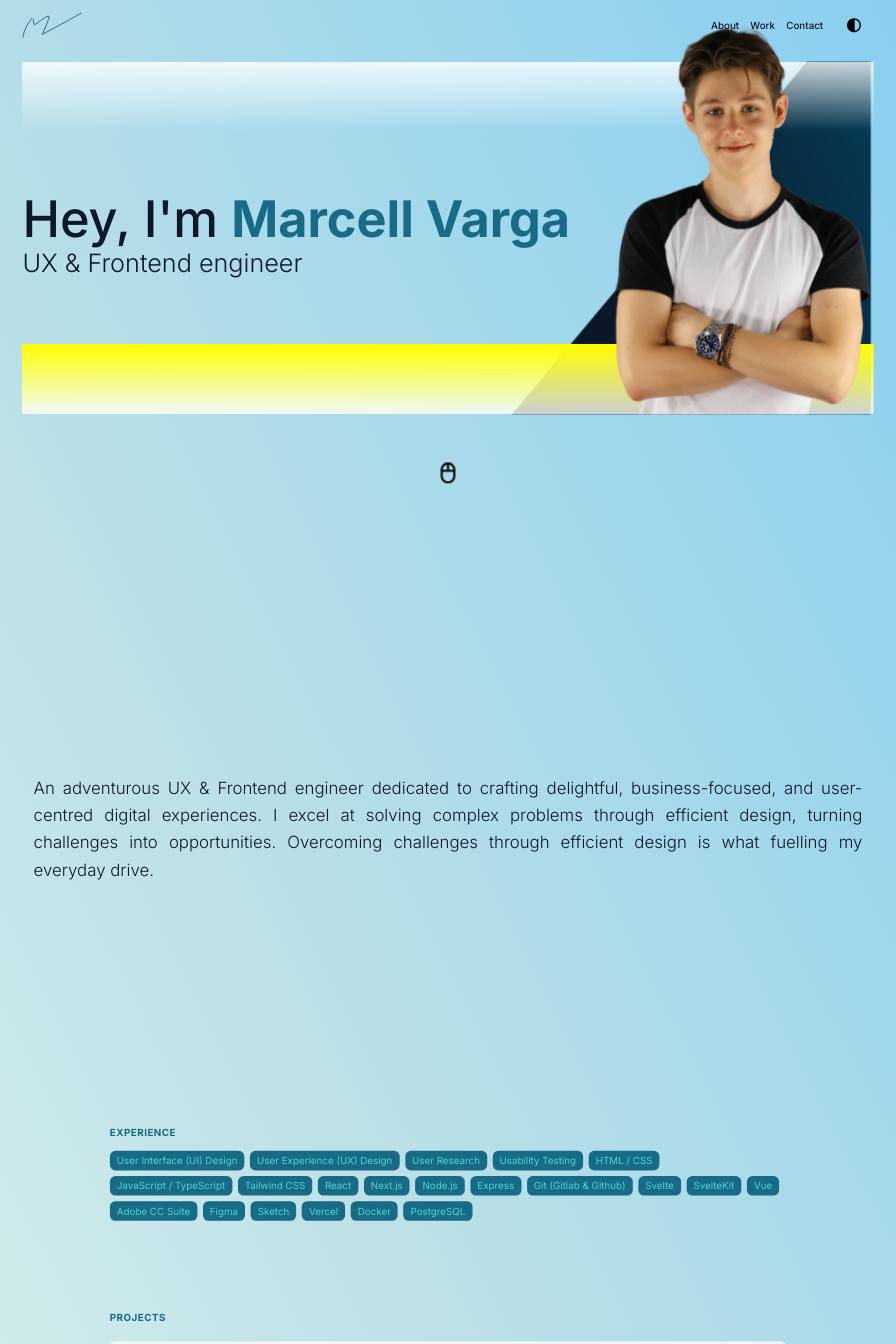
Repository: TheMarcellVarga/personal-portfolio-v.2
Page: /
The author's editor kept a copy of each file at every save. The page is drawn from the files as they stood at one save, then again after the next save.
The browser window is 1280 px wide. The pictures show the part of the page from y = 0 to 1920 px (the page is 4294 px tall), at 70% of full size.
The project was rebuilt for these pictures with package versions that can differ from the ones it lists, and the page was loaded fresh each time. The framework's server and built-in components were replaced by stand-ins that run in the browser. Also part of the build but not shown: next.config.mjs.

Above is the page before, as saved 2024-07-19 00:21:18.

### app/layout.tsx
import type { Metadata } from "next";
import { Inter } from "next/font/google";
import "./globals.css";

const inter = Inter({ subsets: ["latin"] });

export const metadata: Metadata = {
  title: {
    template: "%s | Marcell Varga",
    default: "Marcell Varga",
  },
  description: "Marcell Varga Portfolio | UX & Frontend Engineer",
};
export default function RootLayout({
  children,
}: Readonly<{
  children: React.ReactNode;
}>) {
  return (
    <html lang="en">
      <body className={inter.className}>{children}</body>
    </html>
  );
}

### app/globals.css
@tailwind base;
@tailwind components;
@tailwind utilities;

/* :root {
  --foreground-rgb: 0, 0, 0;
  --background-start-rgb: 214, 219, 220;
  --background-end-rgb: 255, 255, 255;
}

@media (prefers-color-scheme: dark) {
  :root {
    --foreground-rgb: 255, 255, 255;
    --background-start-rgb: 0, 0, 0;
    --background-end-rgb: 0, 0, 0;
  }
}

body {
  color: rgb(var(--foreground-rgb));
  background: linear-gradient(
      to bottom,
      transparent,
      rgb(var(--background-end-rgb))
    )
    rgb(var(--background-start-rgb));
}

@layer utilities {
  .text-balance {
    text-wrap: balance;
  }
} */

/* Light mode */
body {
  background-color: white;
  color: black;
}

/* Dark mode */
.dark body {
  background-color: black;
  color: white;
}

/* globals.css */
.svg-pink {
  fill: pink;
}

/* In your CSS file */
.light .dark-mode-icon {
  fill: #ffffff
}

.dark .dark-mode-icon {
  fill: #ffffff; /* Dark mode color */
}

@-webkit-keyframes animate-svg-stroke-1 {
  0% {
    stroke-dashoffset: 210.06117248535156px;
    stroke-dasharray: 210.06117248535156px;
  }

  100% {
    stroke-dashoffset: 420.1223449707031px;
    stroke-dasharray: 210.06117248535156px;
  }
}

@keyframes animate-svg-stroke-1 {
  0% {
    stroke-dashoffset: 210.06117248535156px;
    stroke-dasharray: 210.06117248535156px;
  }

  100% {
    stroke-dashoffset: 420.1223449707031px;
    stroke-dasharray: 210.06117248535156px;
  }
}

.svg-elem-1 {
  -webkit-animation: animate-svg-stroke-1 1s ease-in-out 1s both;
  animation: animate-svg-stroke-1 1s ease-in-out 1s both;
}

@-webkit-keyframes animate-svg-stroke-2 {
  0% {
    stroke-dashoffset: 798.271240234375px;
    stroke-dasharray: 798.271240234375px;
  }

  100% {
    stroke-dashoffset: 1596.54248046875px;
    stroke-dasharray: 798.271240234375px;
  }
}

@keyframes animate-svg-stroke-2 {
  0% {
    stroke-dashoffset: 798.271240234375px;
    stroke-dasharray: 798.271240234375px;
  }

  100% {
    stroke-dashoffset: 1596.54248046875px;
    stroke-dasharray: 798.271240234375px;
  }
}

.svg-elem-2 {
  -webkit-animation: animate-svg-stroke-2 1s ease-in-out 1.12s both;
  animation: animate-svg-stroke-2 1s ease-in-out 1.12s both;
}

@-webkit-keyframes animate-svg-stroke-3 {
  0% {
    stroke-dashoffset: 2px;
    stroke-dasharray: 2px;
  }

  100% {
    stroke-dashoffset: 4px;
    stroke-dasharray: 2px;
  }
}

@keyframes animate-svg-stroke-3 {
  0% {
    stroke-dashoffset: 2px;
    stroke-dasharray: 2px;
  }

  100% {
    stroke-dashoffset: 4px;
    stroke-dasharray: 2px;
  }
}

.svg-elem-3 {
  -webkit-animation: animate-svg-stroke-3 1s ease-in-out 1.24s both;
  animation: animate-svg-stroke-3 1s ease-in-out 1.24s both;
}

/* CSS for the overlay */
.nav-overlay {
  position: fixed;
  top: 0;
  right: 0;
  width: 80%; /* Adjust the width as needed */
  height: 100%;
  background-color: rgba(23, 107, 135, 1); /* Semi-transparent background */
  transform: translateX(100%); /* Hidden off-screen to the right */
  transition: transform 0.3s ease-out; /* Smooth transition */
  display: flex;
  flex-direction: column;
  justify-content: space-between; /* Pushes the button to the bottom */
  align-items: center;
  padding: 2rem;
  z-index: 2;
 }

 .nav-overlay.open {
  transform: translateX(0); /* Slide in from the right */
 }

/* Hamburger menu with increased z-index when open */
.md\:hidden {
  cursor: pointer;
  z-index: 2; /* Default z-index */
}

.md\:hidden.open {
  z-index: 5; /* Increased z-index when open */
}

/* Hamburger menu lines */
.md\:hidden > div {
  transition: all 0.3s ease;
}

/* Top line of the hamburger menu */
.md\:hidden > div:nth-child(1) {
  transform-origin: center;
}

/* Middle line of the hamburger menu */
.md\:hidden > div:nth-child(2) {
  transform-origin: center;
}

/* Bottom line of the hamburger menu */
.md\:hidden > div:nth-child(3) {
  transform-origin: center;
}

/* Animation for the hamburger menu to become a cross */
.md\:hidden.open > div:nth-child(1) {
  transform: translateY(6px) rotate(45deg);
}

.md\:hidden.open > div:nth-child(2) {
  opacity: 0;
  transition: none !important; /* Ensures no transition */
}

.md\:hidden.open > div:nth-child(3) {
  transform: translateY(-6px) rotate(-45deg);
}

/* Hamburger menu with increased z-index when open */
.md\:hidden {
  cursor: pointer;
  z-index: 2; /* Default z-index */
}

.md\:hidden.open {
  z-index: 5; /* Increased z-index when open */
}

/* CSS for the close button */
.close-btn {
  position: absolute;
  top: 1rem;
  right: 1rem;
  background: none;
  border: none;
  font-size: 1.5rem;
  color: #fff;
  cursor: pointer;
}

/* globals.css */
.sticky-header {
  position: sticky;
  top: 0;
  z-index: 1000; /* Ensure the header stays on top of other content */
  overflow: visible;
}

.pink-svg {
  filter: hue-rotate(300deg); /* Adjust the degree value as needed */
}

@keyframes moveDown {
  0% {
    transform: translateY(0);
  }
  100% {
    transform: translateY(15px); /* Adjust the value as needed */
  }
}

.animate-moveDown {
  animation: moveDown 2s infinite alternate ease-in-out; /* Adjust the duration as needed */
}

.globe-container {
  display: flex;
  justify-content: center;
  align-items: center;
  width: 100%;
  height: 500px; /* Adjust based on your desired height */
}

.triangle-bg-svg {
  position: absolute;
  top: 0; /* Keeps it at the top */
  left: auto;
  right: 0;
  width: 55%; /* Adjust based on your needs */
  height: 100%; /* Adjust based on your needs */
  z-index: 1;
}



.dark-mode .triangle-bg-svg path:first-child {
  fill: #001822;
}

.light-mode .triangle-bg-svg path:first-child {
  fill: #F8F8F8;
}

.main-container::before,
.main-container::after {
  content: '';
  position: absolute;
  width: 100%;
  height: 100px; /* Adjust based on your design */
  z-index: 10; /* Ensure it's above other content but below the profile image */
}

.main-container::before {
  top: 0;
  background-image: linear-gradient(to bottom, rgba(255, 255, 255, 0.8), rgba(255, 255, 255, 0)); /* Fades to transparent */
}

.main-container::after {
  bottom: 0;
  background-image: linear-gradient(to top, rgba(255, 255, 255, 0.8), rgba(255, 255, 0)); /* Fades to transparent */
}

### public/icons/openResume.tsx
import React from "react";

interface IconProps {
  isDarkMode: boolean;
  isHover: boolean;
}

const DarkModeIcon: React.FC<IconProps> = ({ isDarkMode, isHover }) => {
  return (
    <svg
      xmlns="http://www.w3.org/2000/svg"
      width="14"
      height="14"
      viewBox="0 0 512 512"
    >
      <path
        fill={
          isHover && isDarkMode
            ? "#4FD5CC"
            : isHover
            ? "#176B87"
            : isDarkMode
            ? "white"
            : "black"
        }
        d="M320 0c-17.7 0-32 14.3-32 32s14.3 32 32 32h82.7L201.4 265.4c-12.5 12.5-12.5 32.8 0 45.3s32.8 12.5 45.3 0L448 109.3V192c0 17.7 14.3 32 32 32s32-14.3 32-32V32c0-17.7-14.3-32-32-32H320zM80 32C35.8 32 0 67.8 0 112V432c0 44.2 35.8 80 80 80H400c44.2 0 80-35.8 80-80V320c0-17.7-14.3-32-32-32s-32 14.3-32 32V432c0 8.8-7.2 16-16 16H80c-8.8 0-16-7.2-16-16V112c0-8.8 7.2-16 16-16H192c17.7 0 32-14.3 32-32s-14.3-32-32-32H80z"
      />
    </svg>
  );
};

export default DarkModeIcon;

### public/icons/mouseScroll.tsx
import React from "react";

interface IconProps {
  isDarkMode: boolean;
  isOpen: boolean;
}

const MouseScrollIcon: React.FC<IconProps> = ({ isDarkMode, isOpen }) => {
  return (
    <svg
      className="animate-moveDown"
      width="36"
      height="36"
      viewBox="0 0 36 36"
      fill="none"
      xmlns="http://www.w3.org/2000/svg"
    >
      <path
        d="M18 32.9999C15.1 32.9999 12.625 31.9749 10.575 29.9249C8.525 27.8749 7.5 25.3999 7.5 22.4999V13.4999C7.5 10.5999 8.525 8.12494 10.575 6.07494C12.625 4.02494 15.1 2.99994 18 2.99994C20.9 2.99994 23.375 4.02494 25.425 6.07494C27.475 8.12494 28.5 10.5999 28.5 13.4999V22.4999C28.5 25.3999 27.475 27.8749 25.425 29.9249C23.375 31.9749 20.9 32.9999 18 32.9999ZM19.5 13.4999H25.5C25.5 11.6999 24.9313 10.1124 23.7938 8.73744C22.6563 7.36244 21.225 6.49994 19.5 6.14994V13.4999ZM10.5 13.4999H16.5V6.14994C14.775 6.49994 13.3438 7.36244 12.2063 8.73744C11.0688 10.1124 10.5 11.6999 10.5 13.4999ZM18 29.9999C20.075 29.9999 21.8438 29.2687 23.3063 27.8062C24.7688 26.3437 25.5 24.5749 25.5 22.4999V16.4999H10.5V22.4999C10.5 24.5749 11.2313 26.3437 12.6938 27.8062C14.1563 29.2687 15.925 29.9999 18 29.9999Z"
        fill={isOpen ? "white" : isDarkMode ? "white" : "black"}
      />
    </svg>
  );
};

export default MouseScrollIcon;

### app/useWindowSize.tsx
import { useState, useEffect } from "react";

const useWindowSize = () => {
  const [windowSize, setWindowSize] = useState({
    width: undefined as number | undefined,
    height: undefined as number | undefined,
  });

  useEffect(() => {
    // Check if window object is available
    if (typeof window!== "undefined") {
      const handleResize = () => {
        setWindowSize({
          width: window.innerWidth * 0.6,
          height: window.innerHeight * 0.6,
        });
      };

      window.addEventListener("resize", handleResize);
      handleResize();

      return () => window.removeEventListener("resize", handleResize);
    }
  }, []);

  return windowSize;
};

export default useWindowSize;

### app/footer.tsx
"use client";

import GitHubIcon from "@/public/icons/github";
import LinkedInIcon from "@/public/icons/linkedin";
import Link from "next/link";

interface FooterProps {
  isDarkMode: boolean;
  setIsDarkMode: (isDarkMode: boolean) => void;
  isOpen: boolean;
  setIsOpen: (isOpen: boolean) => void;
}

const Footer: React.FC<FooterProps> = ({ isDarkMode, isOpen }) => {
  return (
    <div className="flex w-full flex-row justify-between items-center px-4">
      <div className="flex w-full opacity-50 text-sm">© 2024 Marcell Varga</div>
      <div className="flex space-x-4">
        <Link href="https://www.linkedin.com/in/marcellvarga/">
          {/* <Image
            src="/icons/linkedin.svg"
            alt="Linkedin Icon"
            width={24}
            height={24}
          /> */}
          <LinkedInIcon isDarkMode={isDarkMode} isOpen={isOpen} />
        </Link>
        <Link href="https://github.com/TheMarcellVarga">
          {/* <Image
            src="/icons/github.svg"
            alt="GitHub Icon"
            width={24}
            height={24}
          /> */}
          <GitHubIcon isDarkMode={isDarkMode} isOpen={isOpen} />
        </Link>
      </div>
    </div>
  );
};

export default Footer;

### public/icons/darkMode.tsx
import React from "react";

interface IconProps {
  isDarkMode: boolean;
  isOpen: boolean;
}

const DarkModeIcon: React.FC<IconProps> = ({ isDarkMode, isOpen }) => {
  return (
    <svg
      xmlns="http://www.w3.org/2000/svg"
      height="24px"
      viewBox="0 -960 960 960"
      width="24px"
      fill="none"
    >
      <path
        fill={isOpen ? "white" : isDarkMode ? "white" : "black"}
        d="M480-80q-83 0-156-31.5T197-197q-54-54-85.5-127T80-480q0-83 31.5-156T197-763q54-54 127-85.5T480-880q83 0 156 31.5T763-763q54 54 85.5 127T880-480q0 83-31.5 156T763-197q-54 54-127 85.5T480-80Zm40-83q119-15 199.5-104.5T800-480q0-123-80.5-212.5T520-797v634Z"
      />
    </svg>
  );
};

export default DarkModeIcon;

### public/icons/indexSigAnimated.tsx
import React from "react";

interface IconProps {
  isDarkMode: boolean;
  isOpen: boolean;
}

const IndexSigAnimatedIcon: React.FC<IconProps> = ({ isDarkMode, isOpen }) => {
  return (
    <svg
      className="svg-elem-1"
      width="85"
      height="37"
      viewBox="0 0 85 37"
      fill="none"
      xmlns="http://www.w3.org/2000/svg"
    >
      <g clipPath="url(#clip0_18_152)">
        <path
          stroke={isOpen ? "#053B50" : isDarkMode ? "white" : "#053B50"}
          strokeLinecap="round"
          strokeLinejoin="round"
          d="M0.396973 36.3291C0.396973 36.3291 1.80464 21.811 13.6633 7.89246"
        />
        <path
          stroke={isOpen ? "#053B50" : isDarkMode ? "white" : "#053B50"}
          strokeLinecap="round"
          strokeLinejoin="round"
          d="M84.6029 0.378418C83.4907 1.72562 28.5188 31.0478 28.5188 31.0478C34.2765 18.2493 39.5275 5.38881 37.4414 4.87415C37.3274 4.8523 37.2096 4.85749 37.0982 4.88928C31.574 6.017 19.8186 16.4677 17.715 17.2805C17.665 17.3015 17.6107 17.3113 17.5561 17.3093C16.4821 17.2881 15.8514 13.5856 15.4907 9.68776"
        />
      </g>
      <defs>
        <clipPath id="clip0_18_152">
          <rect width="85" height="36.7076" fill="white" />
        </clipPath>
      </defs>
    </svg>
  );
};

export default IndexSigAnimatedIcon;

### public/icons/github.tsx
import React from "react";

interface IconProps {
  isDarkMode: boolean;
  isOpen: boolean;
}

const GitHubIcon: React.FC<IconProps> = ({ isDarkMode, isOpen }) => {
  return (
    <svg
      width="24"
      height="24"
      viewBox="0 0 24 24"
      fill="none"
      xmlns="http://www.w3.org/2000/svg"
    >
      <g clip-path="url(#clip0_21_650)">
        <path
          d="M8.52656 18.6281C8.52656 18.7219 8.41875 18.7969 8.28281 18.7969C8.12812 18.8109 8.02031 18.7359 8.02031 18.6281C8.02031 18.5344 8.12813 18.4594 8.26406 18.4594C8.40469 18.4453 8.52656 18.5203 8.52656 18.6281ZM7.06875 18.4172C7.03594 18.5109 7.12969 18.6187 7.27031 18.6469C7.39219 18.6937 7.53281 18.6469 7.56094 18.5531C7.58906 18.4594 7.5 18.3516 7.35938 18.3094C7.2375 18.2766 7.10156 18.3234 7.06875 18.4172ZM9.14062 18.3375C9.00469 18.3703 8.91094 18.4594 8.925 18.5672C8.93906 18.6609 9.06094 18.7219 9.20156 18.6891C9.3375 18.6562 9.43125 18.5672 9.41719 18.4734C9.40312 18.3844 9.27656 18.3234 9.14062 18.3375ZM12.225 0.375C5.72344 0.375 0.75 5.31094 0.75 11.8125C0.75 17.0109 4.02188 21.4594 8.69531 23.025C9.29531 23.1328 9.50625 22.7625 9.50625 22.4578C9.50625 22.1672 9.49219 20.5641 9.49219 19.5797C9.49219 19.5797 6.21094 20.2828 5.52188 18.1828C5.52188 18.1828 4.9875 16.8187 4.21875 16.4672C4.21875 16.4672 3.14531 15.7312 4.29375 15.7453C4.29375 15.7453 5.46094 15.8391 6.10312 16.9547C7.12969 18.7641 8.85 18.2437 9.52031 17.9344C9.62813 17.1844 9.93281 16.6641 10.2703 16.3547C7.65 16.0641 5.00625 15.6844 5.00625 11.175C5.00625 9.88594 5.3625 9.23906 6.1125 8.41406C5.99062 8.10938 5.59219 6.85312 6.23438 5.23125C7.21406 4.92656 9.46875 6.49688 9.46875 6.49688C10.4062 6.23438 11.4141 6.09844 12.4125 6.09844C13.4109 6.09844 14.4188 6.23438 15.3563 6.49688C15.3563 6.49688 17.6109 4.92188 18.5906 5.23125C19.2328 6.85781 18.8344 8.10938 18.7125 8.41406C19.4625 9.24375 19.9219 9.89062 19.9219 11.175C19.9219 15.6984 17.1609 16.0594 14.5406 16.3547C14.9719 16.725 15.3375 17.4281 15.3375 18.5297C15.3375 20.1094 15.3234 22.0641 15.3234 22.4484C15.3234 22.7531 15.5391 23.1234 16.1344 23.0156C20.8219 21.4594 24 17.0109 24 11.8125C24 5.31094 18.7266 0.375 12.225 0.375ZM5.30625 16.5422C5.24531 16.5891 5.25938 16.6969 5.33906 16.7859C5.41406 16.8609 5.52187 16.8938 5.58281 16.8328C5.64375 16.7859 5.62969 16.6781 5.55 16.5891C5.475 16.5141 5.36719 16.4812 5.30625 16.5422ZM4.8 16.1625C4.76719 16.2234 4.81406 16.2984 4.90781 16.3453C4.98281 16.3922 5.07656 16.3781 5.10938 16.3125C5.14219 16.2516 5.09531 16.1766 5.00156 16.1297C4.90781 16.1016 4.83281 16.1156 4.8 16.1625ZM6.31875 17.8312C6.24375 17.8922 6.27187 18.0328 6.37969 18.1219C6.4875 18.2297 6.62344 18.2437 6.68437 18.1688C6.74531 18.1078 6.71719 17.9672 6.62344 17.8781C6.52031 17.7703 6.37969 17.7563 6.31875 17.8312ZM5.78438 17.1422C5.70937 17.1891 5.70937 17.3109 5.78438 17.4188C5.85938 17.5266 5.98594 17.5734 6.04688 17.5266C6.12187 17.4656 6.12187 17.3438 6.04688 17.2359C5.98125 17.1281 5.85938 17.0813 5.78438 17.1422Z"
          fill={isOpen ? "white" : isDarkMode ? "white" : "black"}
        />
      </g>
      <defs>
        <clipPath id="clip0_21_650">
          <rect
            width="23.25"
            height="24"
            fill={isOpen ? "white" : isDarkMode ? "white" : "black"}
            transform="translate(0.75)"
          />
        </clipPath>
      </defs>
    </svg>
  );
};

export default GitHubIcon;

### public/icons/linkedin.tsx
import React from "react";

interface LinkedInIconProps {
  isDarkMode: boolean;
  isOpen: boolean;
}

const LinkedInIcon: React.FC<LinkedInIconProps> = ({ isDarkMode, isOpen }) => {
  return (
    <svg
      width="22"
      height="22"
      viewBox="0 0 22 22"
      fill="none"
      xmlns="http://www.w3.org/2000/svg"
    >
      <path
        d="M20.25 0.5H2.24531C1.42031 0.5 0.75 1.17969 0.75 2.01406V19.9859C0.75 20.8203 1.42031 21.5 2.24531 21.5H20.25C21.075 21.5 21.75 20.8203 21.75 19.9859V2.01406C21.75 1.17969 21.075 0.5 20.25 0.5ZM7.09687 18.5H3.98438V8.47812H7.10156V18.5H7.09687ZM5.54062 7.10938C4.54219 7.10938 3.73594 6.29844 3.73594 5.30469C3.73594 4.31094 4.54219 3.5 5.54062 3.5C6.53437 3.5 7.34531 4.31094 7.34531 5.30469C7.34531 6.30312 6.53906 7.10938 5.54062 7.10938ZM18.7641 18.5H15.6516V13.625C15.6516 12.4625 15.6281 10.9672 14.0344 10.9672C12.4125 10.9672 12.1641 12.2328 12.1641 13.5406V18.5H9.05156V8.47812H12.0375V9.84687H12.0797C12.4969 9.05937 13.5141 8.22969 15.0281 8.22969C18.1781 8.22969 18.7641 10.3062 18.7641 13.0062V18.5Z"
        fill={isOpen ? "white" : isDarkMode ? "white" : "black"}
      />
    </svg>
  );
};

export default LinkedInIcon;

### tailwind.config.ts
import type { Config } from "tailwindcss";

const config: Config = {
  content: [
    "./pages/**/*.{js,ts,jsx,tsx,mdx}",
    "./components/**/*.{js,ts,jsx,tsx,mdx}",
    "./app/**/*.{js,ts,jsx,tsx,mdx}",
  ],
  theme: {
    extend: {
      backgroundImage: {
        'gradient-dark': 'linear-gradient(243deg, #02425C 0%, #0F172A 47.5%, #001822 100%)',
        'gradient-light': 'linear-gradient(243deg, #89CFF0 0%, #BEE1E6 47.5%, #F0FFF7 100%)', // Light gradient added here
      },
      backdropBlur: {
        'blur': 'blur(10px)',
      },
      backgroundColor: {
        "custom-light": "#D9D9D9",
      },
      colors: {
        "custom-blue": "#176B87",
        "custom-teal": "#4FD5CC",
      },
    },
  },
  variants: {
    extend: {},
  },
  darkMode: "class", // Ensure dark mode is enabled
  plugins: [],
};

export default config;

Loaded but not shown: app/page.tsx (566 lines, source omitted); app/header.tsx (209 lines, source omitted)

After the next save:
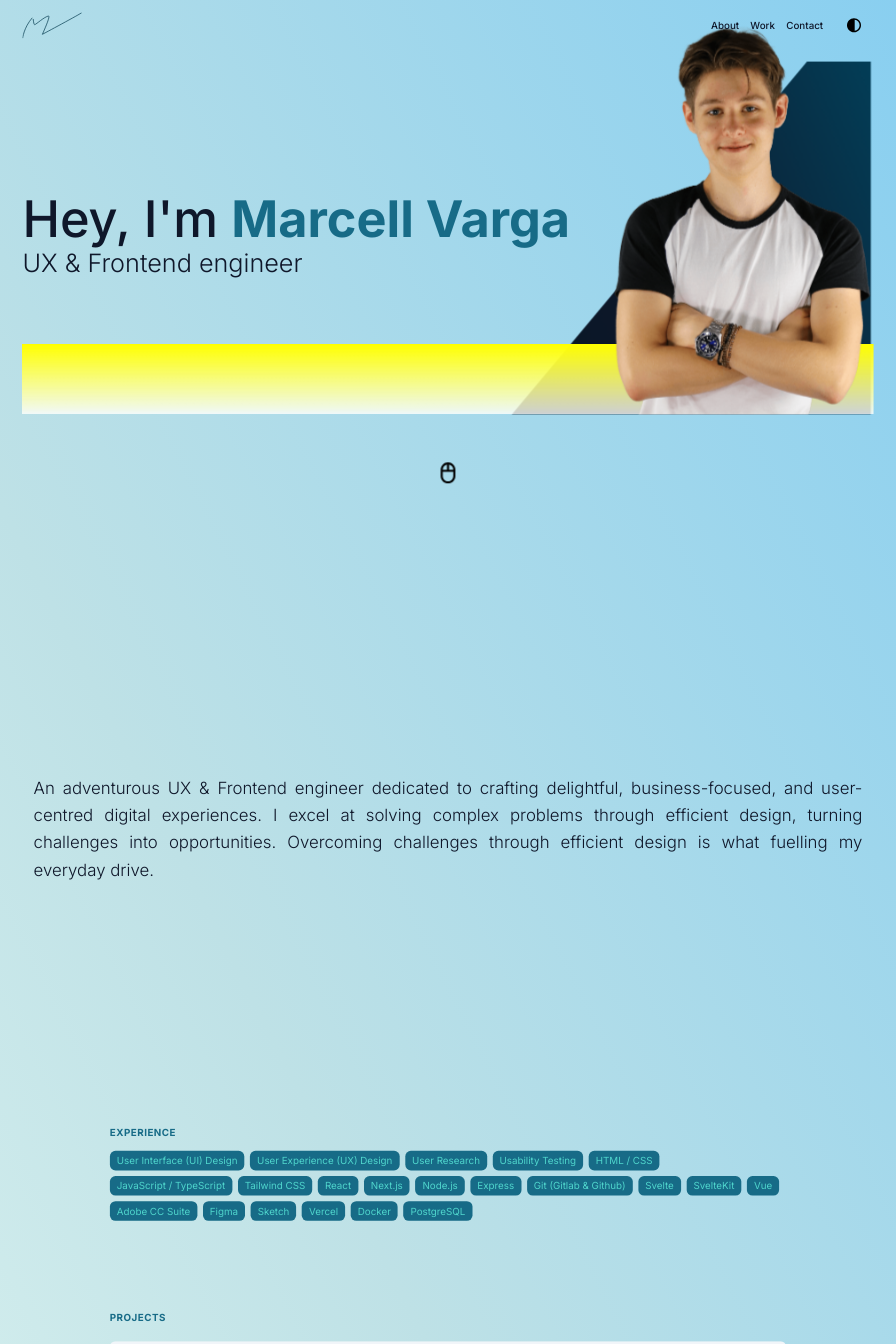
Saved 80 s later.
--- a/app/globals.css
+++ b/app/globals.css
@@ -297,7 +297,7 @@
 
 .main-container::before {
   top: 0;
-  background-image: linear-gradient(to bottom, rgba(255, 255, 255, 0.8), rgba(255, 255, 255, 0)); /* Fades to transparent */
+  background-image: transparent, rgba(255, 255, 255, 0)); /* Fades to transparent */
 }
 
 .main-container::after {

After the save that followed:
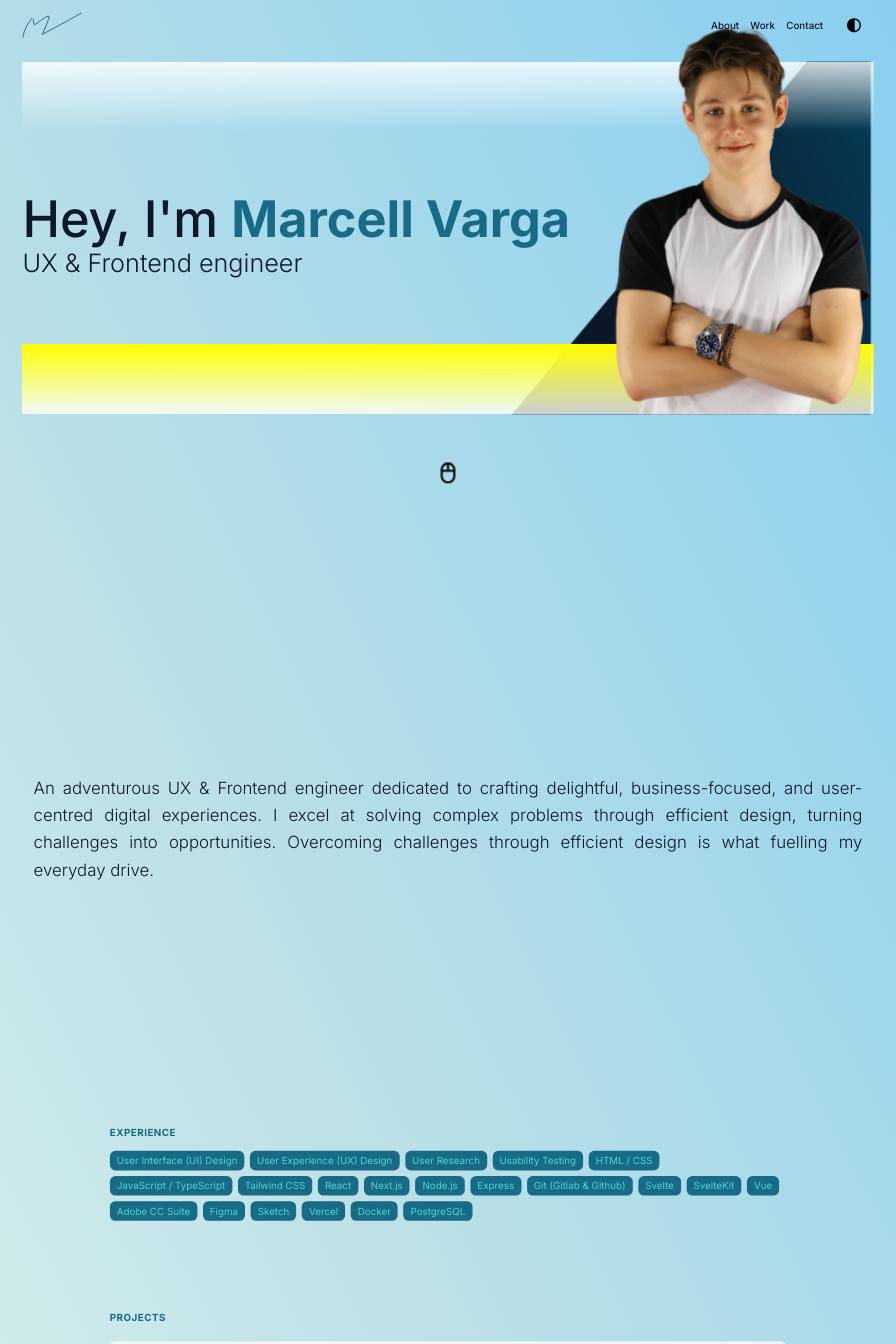
Saved 8 s later.
--- a/app/globals.css
+++ b/app/globals.css
@@ -297,7 +297,7 @@
 
 .main-container::before {
   top: 0;
-  background-image: transparent, rgba(255, 255, 255, 0)); /* Fades to transparent */
+  background-image: linear-gradient(to bottom, rgba(255, 255, 255, 0.8), rgba(255, 255, 255, 0)); /* Fades to transparent */
 }
 
 .main-container::after {
